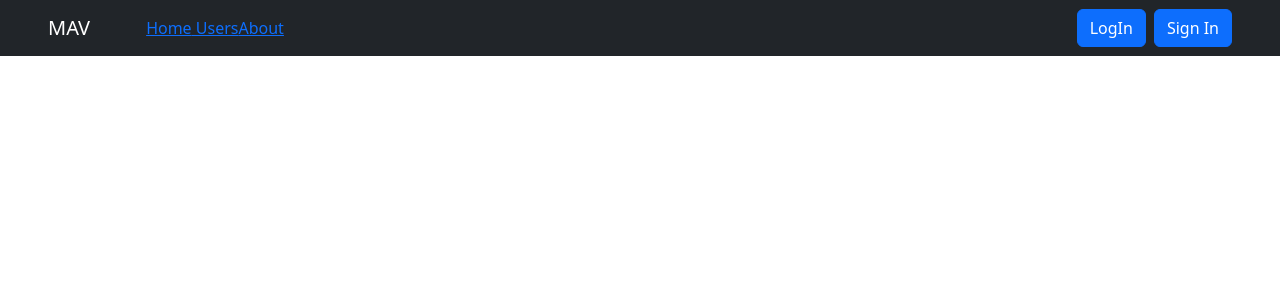
Repository: Dekabrist94/Bootstrap-First-Page
Page: /users
The author's editor kept a copy of each file at every save. The page is drawn from the files as they stood at one save, then again after the next save.
The browser window is 1280 px wide. The pictures show the whole page.
The project was rebuilt for these pictures with package versions that can differ from the ones it lists, and the page was loaded fresh each time. Also part of the build but not shown: src/components/Home.js, src/components/About.js.

Above is the page before, as saved 2023-04-13 09:32:15.

### src/App.js
import React from 'react';
import { Navibar } from './components/Navibar';
import 'bootstrap/dist/css/bootstrap.min.css';

import { Home } from './components/Home';
import { Users } from './components/Users';
import { About } from './components/About';

import { BrowserRouter as Router, Routes, Route } from 'react-router-dom';

function App() {
  return (
    <>
      <Router>
        <Navibar />
        <Routes>
          <Route exact path="/" element={<Home />} />
          <Route path="/users" element={<Users />} />
          <Route path="/about" element={<About />} />
        </Routes>
      </Router>
    </>
  );
}

export default App;

### src/components/Navibar.js
import React from 'react';
import { Nav, Navbar, Button } from 'react-bootstrap';
import { Link } from 'react-router-dom';

export const Navibar = () => {
  return (
    <>
      <Navbar collapseOnSelect expand="lg" bg="dark" variant="dark">
        <Navbar.Brand className="ms-5 me-5">MAV</Navbar.Brand> {/*LOGO */}
        <Navbar.Toggle aria-controls="responsive-navbar-nav" /> {/* Svernut Menu */}
        <Navbar.Collapse id="responsive-navbar-nav">
          {/*Razvernut Menu */}
          <Nav className="me-auto">
            <Nav.Link>
              <Link to="/">Home</Link>
              <Link to="/users"> Users</Link>
              <Link to="/about">About</Link>{' '}
            </Nav.Link>
          </Nav>
          <Nav className="me-5">
            <Button variant="primary" className=" me-2">
              LogIn
            </Button>
            <Button variant="primary">Sign In</Button>
          </Nav>
        </Navbar.Collapse>
      </Navbar>
    </>
  );
};

### src/components/Users.js
import React from 'react';

export const Users = () => {
  return <></>;
};

Loaded but not shown: public/index.html (common file); src/index.js (common file); src/index.css (common file); src/reportWebVitals.js (common file)

After the next save:
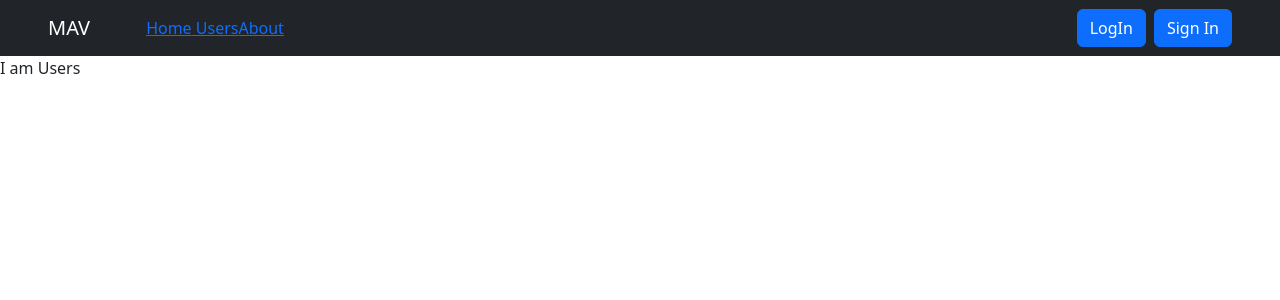
Saved 14 s later.
--- a/src/components/Users.js
+++ b/src/components/Users.js
@@ -1,5 +1,5 @@
 import React from 'react';
 
 export const Users = () => {
-  return <></>;
+  return <>I am Users</>;
 };
